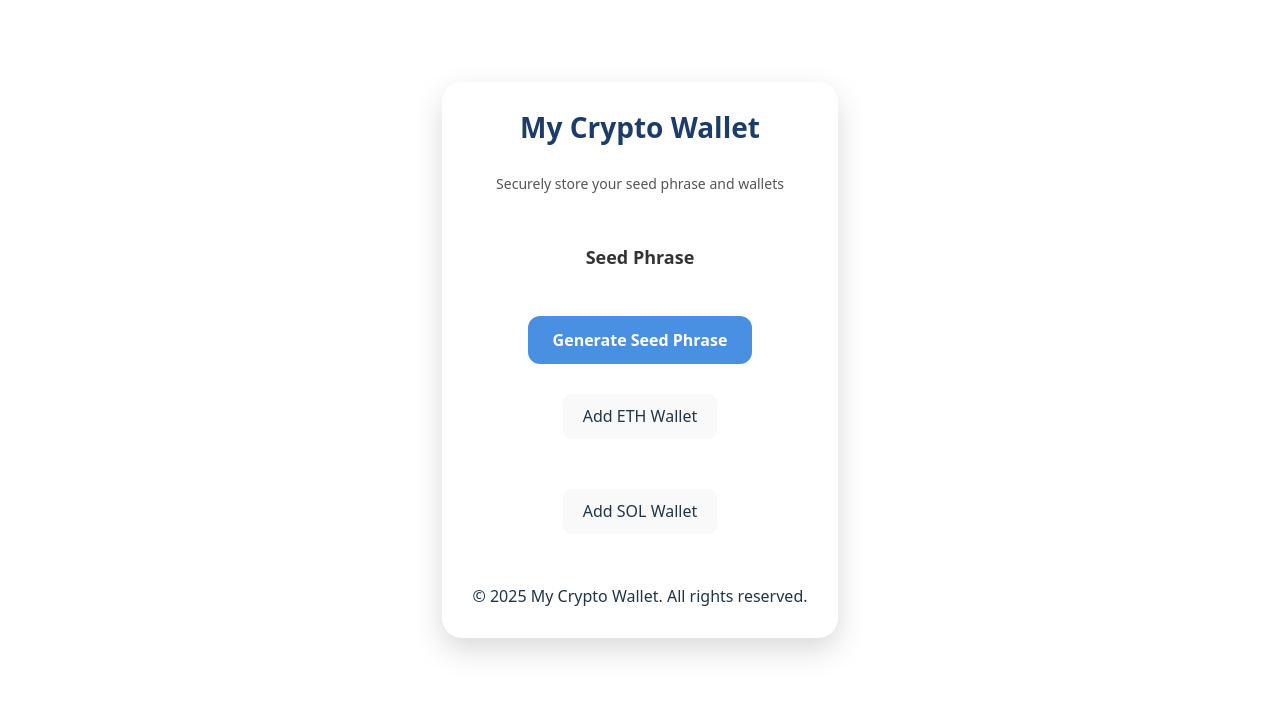
Repository: nishantsingh02/web-based-wallet-web-3
Page: /
These files come from the project's save history. The page is drawn as it stood at one moment and after a run of saves; the edit follows.
The browser window is 1280 px wide. The pictures show the whole page.
The project was rebuilt for these pictures with package versions that can differ from the ones it lists, and the page was loaded fresh each time. Also part of the build but not shown: vite.config.ts.

Above is the page before, as saved 2025-10-07 02:10:37.

### index.html
<!doctype html>
<html lang="en">
  <head>
    <meta charset="UTF-8" />
    <link rel="icon" type="image/svg+xml" href="/vite.svg" />
    <meta name="viewport" content="width=device-width, initial-scale=1.0" />
    <title>web-wallet</title>
  </head>
  <body>
    <div id="root"></div>
    <script type="module" src="/src/main.tsx"></script>
  </body>
</html>

### src/App.tsx
import { useState } from "react";
import { generateMnemonic } from "bip39";

import "./App.css";
import ETH_wallet from "./components/ETH_wallet";
import SOL_wallet from "./components/SOL_wallet";

function App() {
  const [mnemonic, setMnemonic] = useState(() => {
    return localStorage.getItem("mnemonic") || "";
  });

  // const [mnemonic, setMnemonic] = useState("");

  const words = mnemonic ? mnemonic.split(" ") : [];

  // this function make sure that we dont genrate differnt seeds multiple time
  const handleGenrate = () => {
    const mn = generateMnemonic();
    setMnemonic(mn);
    localStorage.setItem("mnemonic", mn);
  };

  return (
    <div className="">
      <div className="wallet-card">
        {/* Header */}
        <h1 className="wallet-title">My Crypto Wallet</h1>
        <p className="wallet-subtitle">
          Securely store your seed phrase and wallets
        </p>

        {/* Seed Phrase Section */}
        <div className="seed-section">
          <h2 className="section-title">Seed Phrase</h2>
          <div className="mnemonic-container">
            {words.map((word, index) => (
              <div key={index} className="mnemonic-box">
                {word}
              </div>
            ))}
          </div>
          <button
            className="generate-btn"
            onClick={handleGenrate}
            disabled={!!mnemonic}
          >
            {mnemonic ? "Seed Phrase Generated" : "Generate Seed Phrase"}
          </button>
        </div>

        {/* ETH Wallet Section */}
        <ETH_wallet mnemonic={mnemonic} />

        {/* SOL Wallet Section */}
        <SOL_wallet mnemonic={mnemonic} />
      <div className="">
        <p>© 2025 My Crypto Wallet. All rights reserved.</p>
      </div>
      </div>



    </div>
  );
}

export default App;

### src/App.css
@import "tailwindcss";

#root {
  max-width: 1280px;
  margin: 0 auto;
  padding: 2rem;
  text-align: center;
}

/* App container */
.app-container {
  min-height: 100vh;
  display: flex;
  justify-content: center;
  align-items: flex-start;
  background-color: #f0f2f5;
  padding: 40px;
  font-family: 'Segoe UI', Tahoma, Geneva, Verdana, sans-serif;
}

/* Wallet Card */
.wallet-card {
  background-color: #ffffff;
  padding: 30px;
  border-radius: 20px;
  box-shadow: 0 12px 30px rgba(0,0,0,0.15);
  max-width: 800px;
  width: 100%;
  display: flex;
  flex-direction: column;
  gap: 30px;
}

/* Titles */
.wallet-title {
  text-align: center;
  font-size: 28px;
  font-weight: bold;
  color: #1c3d6b;
}

.wallet-subtitle {
  text-align: center;
  font-size: 14px;
  color: #555;
  margin-bottom: 20px;
}

/* Seed Phrase */
.seed-section {
  display: flex;
  flex-direction: column;
  align-items: center;
  gap: 15px;
}

.section-title {
  font-size: 18px;
  font-weight: 600;
  color: #333;
}

.mnemonic-container {
  display: flex;
  flex-wrap: wrap;
  justify-content: center;
  gap: 10px;
}

.mnemonic-box {
  background-color: #e0f0ff;
  padding: 10px 15px;
  border-radius: 8px;
  font-weight: 600;
  color: #1a1a1a;
  box-shadow: 0 3px 6px rgba(0,0,0,0.1);
  transition: transform 0.2s, box-shadow 0.2s;
  cursor: default;
}

.mnemonic-box:hover {
  transform: translateY(-3px);
  box-shadow: 0 6px 12px rgba(0,0,0,0.15);
}

/* Button */
.generate-btn {
  margin-top: 15px;
  padding: 12px 25px;
  background-color: #4a90e2;
  color: #fff;
  border: none;
  border-radius: 12px;
  font-weight: bold;
  cursor: pointer;
  transition: background-color 0.3s, transform 0.2s;
}

.generate-btn:hover {
  background-color: #1c6ed0;
  transform: translateY(-2px);
}

.generate-btn:disabled {
  background-color: #a5b4fc; /* Indigo-300 */
  cursor: not-allowed;
}

.app-footer {
  width: 100%;
  padding: 15px 20px;
  background-color: #1c3d6b;
  color: #fff;
  text-align: center;
  font-size: 14px;
  border-top-left-radius: 12px;
  border-top-right-radius: 12px;
  margin-top: 30px;
}

/* Mobile-friendly adjustments */
@media (max-width: 639px) {
  .app-footer {
    font-size: 12px;
    padding: 12px 15px;
  }
}


.addresses-container {
  display: flex;
  flex-wrap: wrap;
  gap: 15px;
  justify-content: center;
  margin-top: 20px;
}

.address-card {
  padding: 12px 20px;
  border-radius: 12px;
  border: 2px solid #4a90e2;
  background: linear-gradient(135deg, #e0f0ff, #c0e0ff);
  color: #1a1a1a;
  font-weight: 600;
  min-width: 250px;
  text-align: center;
  box-shadow: 0 4px 10px rgba(0, 0, 0, 0.1);
  cursor: pointer;

  /* animation */
  transform: translateY(-20px);
  opacity: 0;
  animation: slideIn 0.5s forwards;
  animation-delay: calc(var(--idx) * 0.1s); /* stagger effect */
}

.address-card:hover {
  background: linear-gradient(135deg, #4a90e2, #1c6ed0);
  color: white;
  transform: scale(1.05);
  transition: all 0.3s ease;
}

.balance {
  font-weight: 700;
  color: #0d47a1;
}

/* slide-in animation */
@keyframes slideIn {
  to {
    transform: translateY(0);
    opacity: 1;
  }
}


.container {
  text-align: center;
  margin-top: 40px;
}

.mnemonic-boxes {
  display: flex;
  flex-wrap: wrap;
  justify-content: center;
  gap: 10px;
  margin: 20px 0;
}

.word-box {
  padding: 10px 14px;
  border: 2px solid #4a90e2;
  border-radius: 10px;
  font-weight: 600;
  background-color: #f5f8ff;
  color: #333;
  transition: 0.2s;
}

.word-box:hover {
  background-color: #4a90e2;
  color: white;
}


.logo {
  height: 6em;
  padding: 1.5em;
  will-change: filter;
  transition: filter 300ms;
}
.logo:hover {
  filter: drop-shadow(0 0 2em #646cffaa);
}
.logo.react:hover {
  filter: drop-shadow(0 0 2em #61dafbaa);
}

@keyframes logo-spin {
  from {
    transform: rotate(0deg);
  }
  to {
    transform: rotate(360deg);
  }
}

@media (prefers-reduced-motion: no-preference) {
  a:nth-of-type(2) .logo {
    animation: logo-spin infinite 20s linear;
  }
}

.card {
  padding: 2em;
}

.read-the-docs {
  color: #888;
}

### src/components/ETH_wallet.tsx
import { mnemonicToSeed } from "bip39";
import { Wallet, HDNodeWallet } from "ethers";
import { useState } from "react";

interface ETHWalletProps {
    mnemonic: string
}

function ETH_wallet({ mnemonic }: ETHWalletProps) {
  const [currentIndex, setCurrentIndex] = useState(0);
  const [addresses, setAddresses] = useState<string[]>([]);

  return (
    <div>
      <button
        onClick={async () => {
          const seed = await mnemonicToSeed(mnemonic); // convert words → seed bytes
          const derivationPath = `m/44'/60'/${currentIndex}/0`;
          const hdNode = HDNodeWallet.fromSeed(seed); // create master wallet
          const child = hdNode.derivePath(derivationPath); // specific account
          const privateKey: string = child.privateKey;
          const wallet = new Wallet(privateKey);
          setCurrentIndex(currentIndex + 1);
          setAddresses([...addresses, wallet.address]);
        }}
      >
        Add ETH Wallet
      </button>

        {/* render the public keys keys  */}
      <div className="addresses-container">
        {addresses.map((addr, idx) => (
          <div key={idx} className="address-card">
            <span>Account {idx + 1} - {addr}</span>

          </div>
        ))}
      </div>

    </div>
  );
}

export default ETH_wallet;

### src/components/SOL_wallet.tsx
import { useState } from "react";
import { mnemonicToSeed } from "bip39";
import { derivePath } from "ed25519-hd-key";
import nacl from "tweetnacl";
import { Keypair, PublicKey } from "@solana/web3.js";

interface SOLWalletProps {
  mnemonic: string;
}

function SOL_wallet({ mnemonic }: SOLWalletProps) {
  const [currentIndex, setCurrentIndex] = useState(0);
  const [publicKeys, setPublicKeys] = useState<PublicKey[]>([]);

  return (
    <div>
      <button
        onClick={async () => {
          const seed = await mnemonicToSeed(mnemonic);
          const path = `m/44'/501'/${currentIndex}'`;
          const derivedSeed = derivePath(path, seed.toString("hex")).key;
          console.log(derivedSeed);
          const secret = nacl.sign.keyPair.fromSeed(derivedSeed).secretKey; // genrate the public and private key pair where we only select .secretKey that is a private key
          const keypair = Keypair.fromSecretKey(secret); // this can genrate kepair object that contain .publicKey and .secretkey
          setCurrentIndex(currentIndex + 1);
          setPublicKeys([...publicKeys, keypair.publicKey]);
        }}
      >
        Add SOL Wallet
      </button>

         {/* render the public keys keys  */}
      <div className="addresses-container" >
        {publicKeys.map((p, idx) => (
          <div key ={idx} className="address-card" >Account {idx + 1} - {p.toBase58()}</div>
        ))}
      </div>
    </div>
  );
}

export default SOL_wallet;

Loaded but not shown: src/main.tsx (common file); src/index.css (common file)

After the next 3 saves:
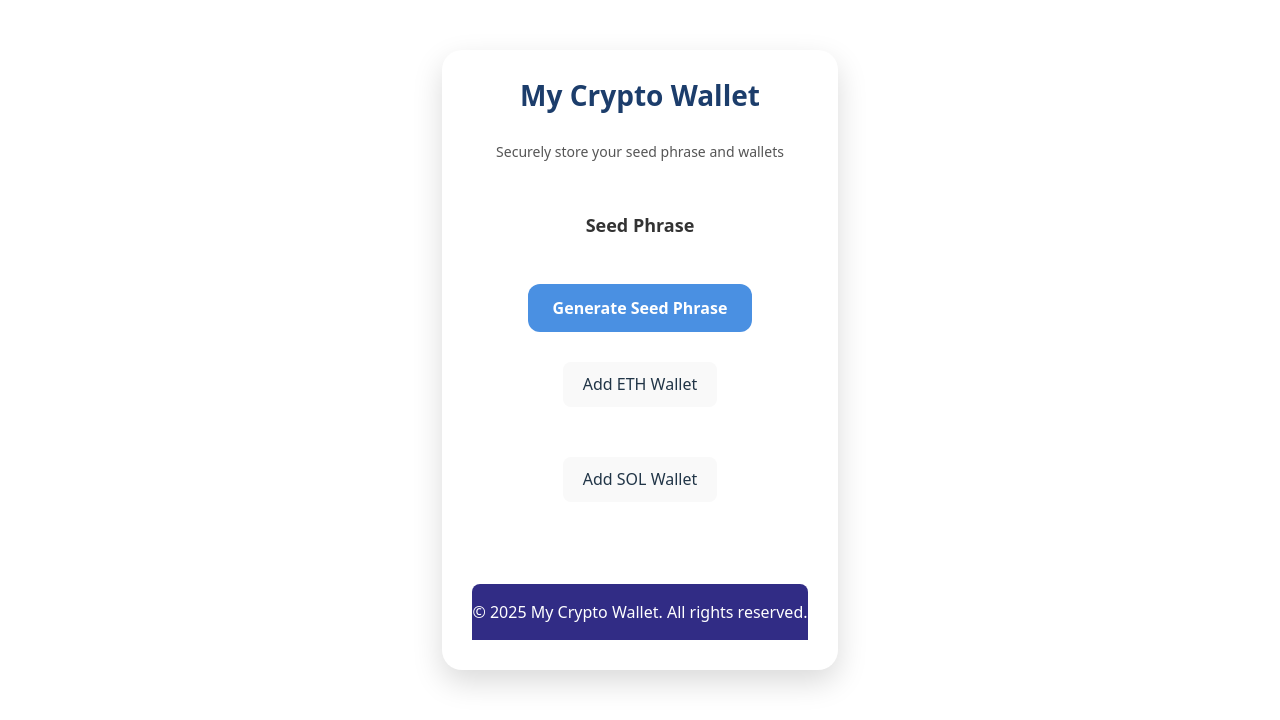
The 3 saves are shown as one change because they came seconds apart.
The last was saved 34 s later.
--- a/src/App.tsx
+++ b/src/App.tsx
@@ -54,9 +54,10 @@ function App() {
 
         {/* SOL Wallet Section */}
         <SOL_wallet mnemonic={mnemonic} />
-      <div className="">
-        <p>© 2025 My Crypto Wallet. All rights reserved.</p>
-      </div>
+      <div className="w-full bg-indigo-900 text-white text-center py-4 mt-8 rounded-t-lg">
+  <p className="text-sm sm:text-base">© 2025 My Crypto Wallet. All rights reserved.</p>
+</div>
+
       </div>
 
 
